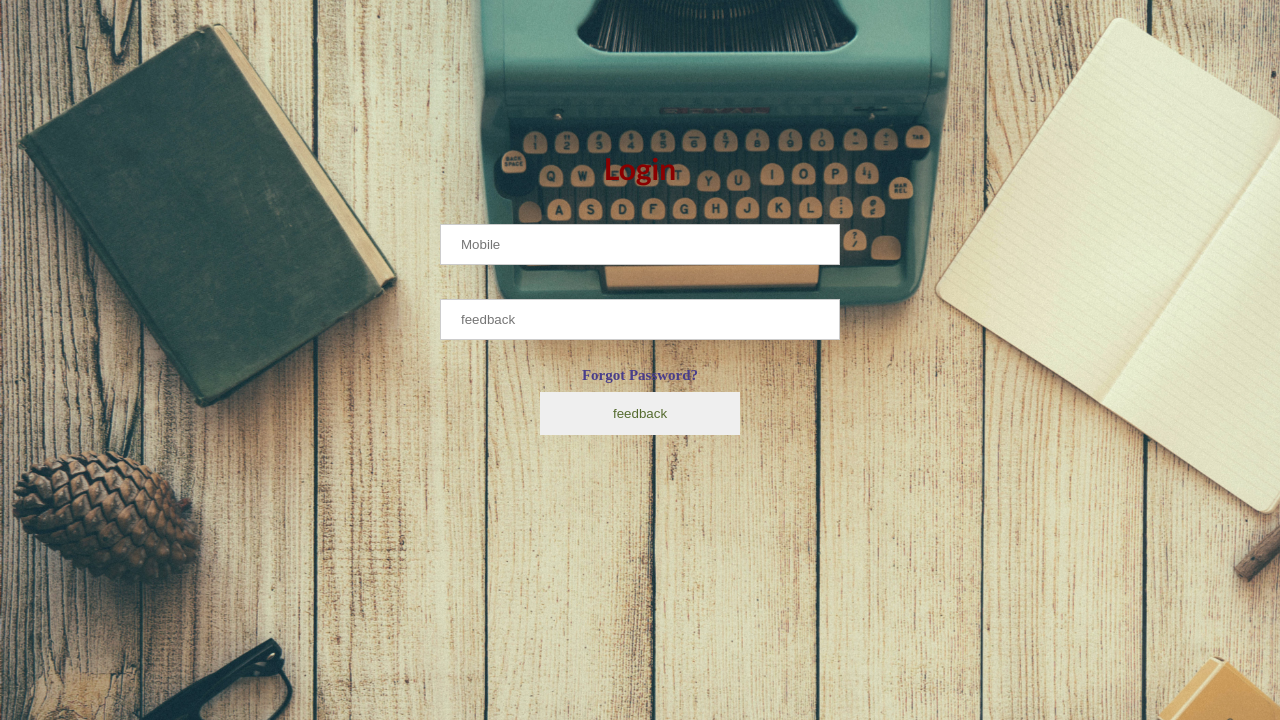
Repository: NAYAN9534/vehicle-booking-system
Page: http://localhost/minor/feedbackform.jsp
These files come from the project's save history. The page is drawn as it stood at one moment and after the next save; the edit follows.
The browser window is 1280 px wide. The pictures show the whole page.
The page is served by Tomcat 9.

Above is the page before, as saved 2017-05-27 18:14:42.

After the next save:
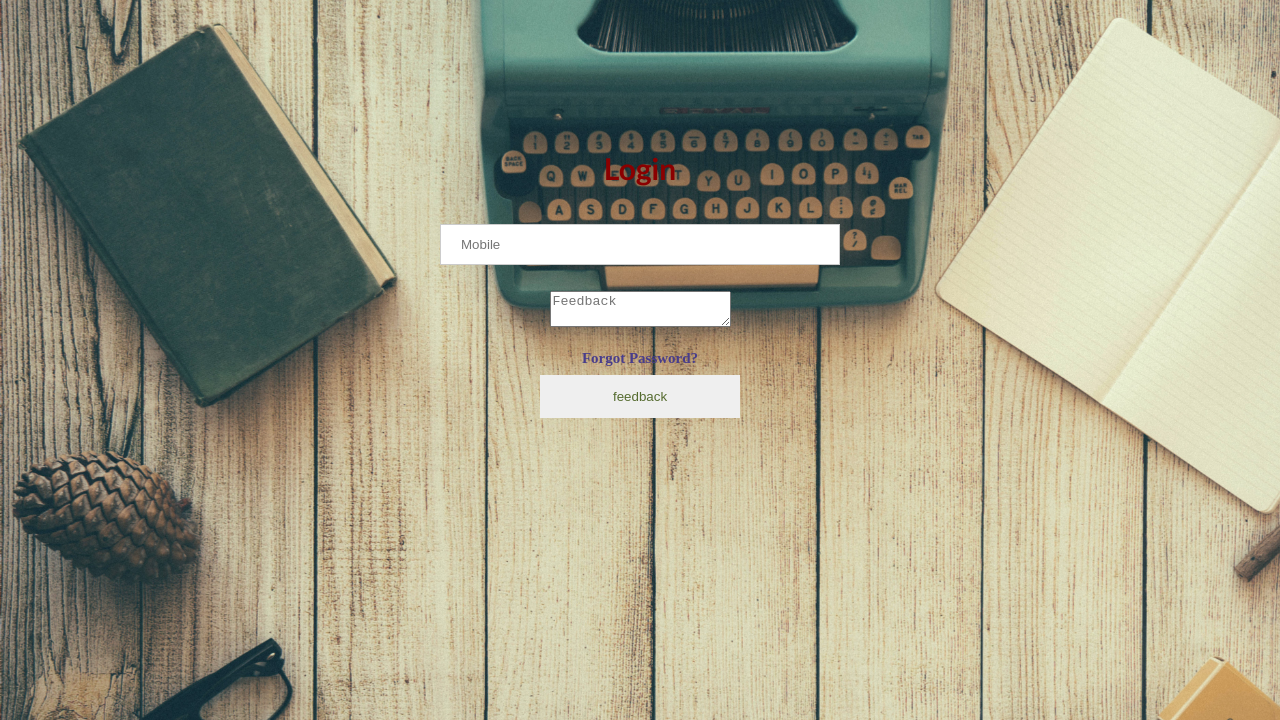
Saved 4 min 29 s later.
--- a/minor/WebContent/feedbackform.jsp
+++ b/minor/WebContent/feedbackform.jsp
@@ -69,7 +69,7 @@ body {
 <p><b>Login</b></p>
 <form action ="feedbackconn.jsp" method="post">
 	<input type="text" name="mobile" id="txt_name" placeholder="Mobile"/><br><br>
-	<input type="text" name="Feedback" id="txt_Password" placeholder="feedback"/><br><br>
+	<textarea type="text" name="Feedback" id="txt_Password" placeholder="Feedback"/></textarea><br><br>
     <a class="forgot" href="forgotpassword.jsp"><b>Forgot Password?</b></a><br>
 	<button type="submit">feedback</button>
 </form>
